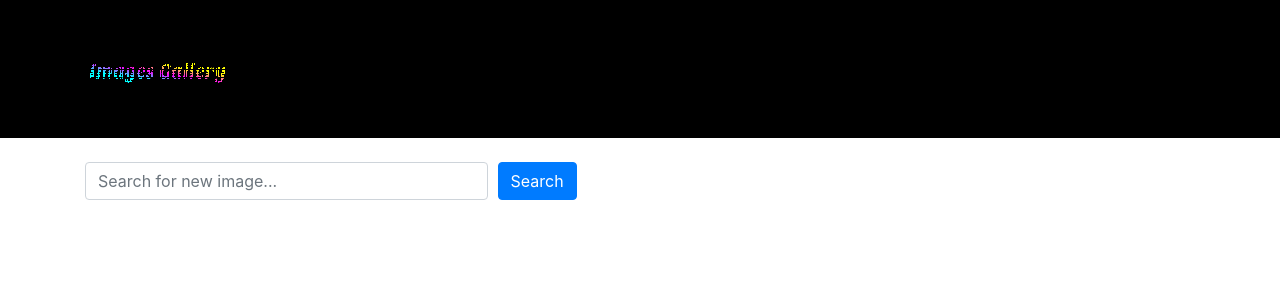
Repository: Zolds403/images-gallery
Page: / (app in frontend/)
The author's editor kept a copy of each file at every save. The page is drawn from the files as they stood at one save, then again after the next save.
The browser window is 1280 px wide. The pictures show the whole page.
The project was rebuilt for these pictures with package versions that can differ from the ones it lists, and the page was loaded fresh each time. Also part of the build but not shown: frontend/src/components/ImageCard.js.

Above is the page before, as saved 2021-06-07 21:07:05.

### frontend/src/index.js
//jshint esversion:6
import React from 'react';
import ReactDOM from 'react-dom';
import './css/index.css';
import App from './App';
ReactDOM.render(
  <React.StrictMode>
    <App />
  </React.StrictMode>,
  document.getElementById('root')
);

### frontend/src/App.js
//jshint esversion:9
import { useState } from 'react';
import 'bootstrap/dist/css/bootstrap.min.css';
import Header from './components/Header';
import Search from './components/Search';
import ImageCard from './components/ImageCard';
import { Container, Row, Col } from 'react-bootstrap';

const UNSPLASH_KEY = process.env.REACT_APP_UNSPLASH_KEY;

const App = () => {
  const [word, setWord] = useState('');
  const [images, setImages] = useState([]);

  console.log(images);

  const handleSearchSubmit = (e) => {
    e.preventDefault();
    console.log(word);
    fetch(
      `https://api.unsplash.com/photos/random/?query=${word}&client_id=${UNSPLASH_KEY}`
    )
      .then((res) => res.json())
      .then((data) => {
        setImages([{ ...data, title: word }, ...images]);
      })
      .catch((err) => {
        console.log(err);
      });

    setWord('');
  };

  const handleDeleteImage = (id) => {
    setImages(images.filter((image) => image.id !== id));
  };

  return (
    <div>
      <Header title="Images Gallery" />
      <Search word={word} setWord={setWord} handleSubmit={handleSearchSubmit} />
      <Container className="mt-4">
        <Row xs={1} md={2} lg={3}>
          {images.map((image, i) => (
            <Col key={i} className="pb-3">
              <ImageCard image={image} deleteImage={handleDeleteImage} />
            </Col>
          ))}
        </Row>
      </Container>
    </div>
  );
};

export default App;

### frontend/src/components/Header.js
//jshint esversion: 8

import React from 'react';
import { Navbar, Container } from 'react-bootstrap';
import { ReactComponent as Logo } from '../images/logo.svg';

const navBarStyle = {
  backgroundColor: 'black',
};

const Header = (props) => {
  return (
    <Navbar style={navBarStyle} variant="light">
      <Container>
        <Logo style={{ maxWidth: '10rem' }} />
      </Container>
    </Navbar>
  );
};

export default Header;

### frontend/src/components/Search.js
//jshint esversion: 8
import React from 'react';
import { Container, Row, Col, Form, Button } from 'react-bootstrap';

const Search = ({ word, setWord, handleSubmit }) => {
  return (
    <Container className="mt-4">
      <Row className="justify-content">
        <Col xs={12} md={8} lg={6}>
          <Form onSubmit={handleSubmit}>
            <Form.Row>
              <Col xs={9}>
                <Form.Control
                  type="text"
                  value={word}
                  onChange={(e) => setWord(e.target.value)}
                  placeholder="Search for new image..."
                />
              </Col>
              <Col>
                <Button variant="primary" type="submit">
                  Search
                </Button>
              </Col>
            </Form.Row>
          </Form>
        </Col>
      </Row>
    </Container>
  );
};

export default Search;

Loaded but not shown: frontend/public/index.html (common file); frontend/src/css/index.css (common file)

After the next save:
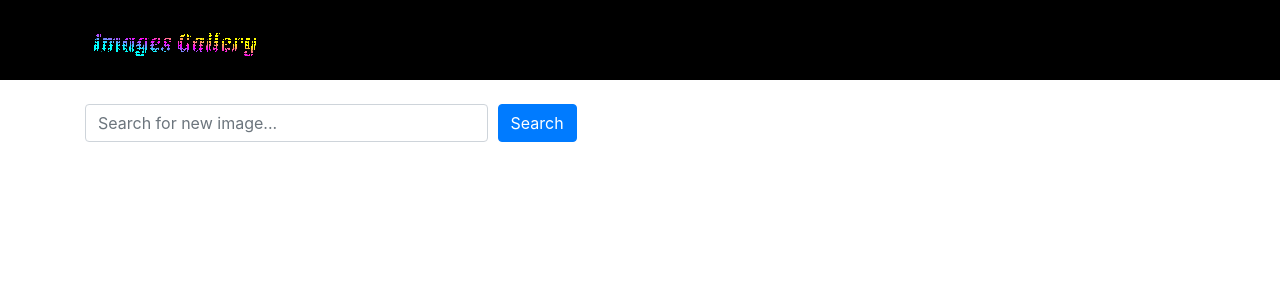
Saved 36 s later.
--- a/frontend/src/components/Header.js
+++ b/frontend/src/components/Header.js
@@ -12,7 +12,7 @@ const Header = (props) => {
   return (
     <Navbar style={navBarStyle} variant="light">
       <Container>
-        <Logo style={{ maxWidth: '10rem' }} />
+        <Logo style={{ maxWidth: '12rem', maxHeight: '4rem' }} />
       </Container>
     </Navbar>
   );
